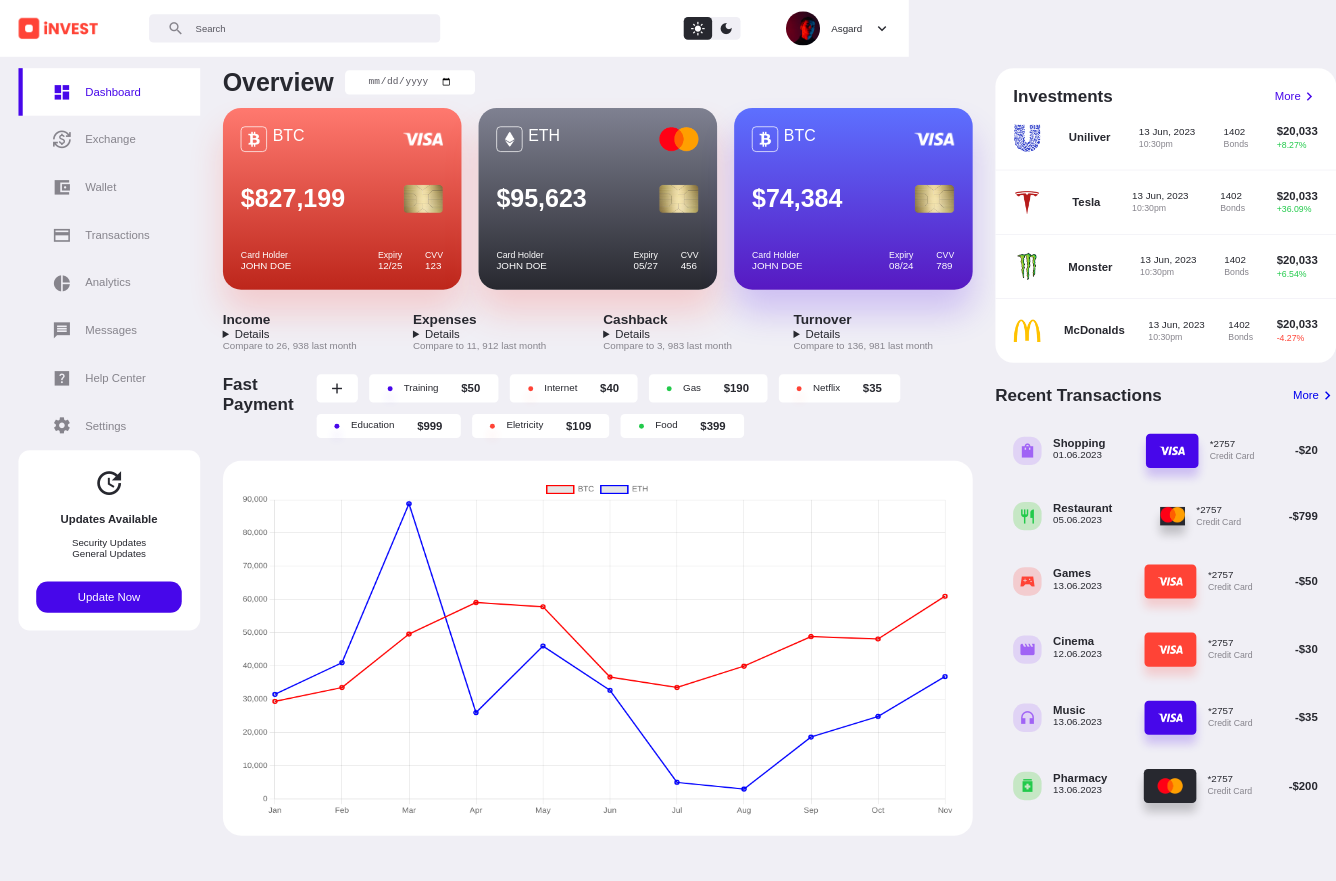
Repository: eziocdl/Admin_Dash
Page: index.html
The author's editor kept a copy of each file at every save. The page is drawn from the files as they stood at one save, then again after the next save.
The browser window is 1280 px wide. The page is 1882 px wide, so the pictures cover 1882 px, including what lies to the right of the window. The pictures show the whole page, at 71% of full size.
Some web libraries are served in a nearby version.

Above is the page before, as saved 2023-06-15 15:02:59.

After the next save:
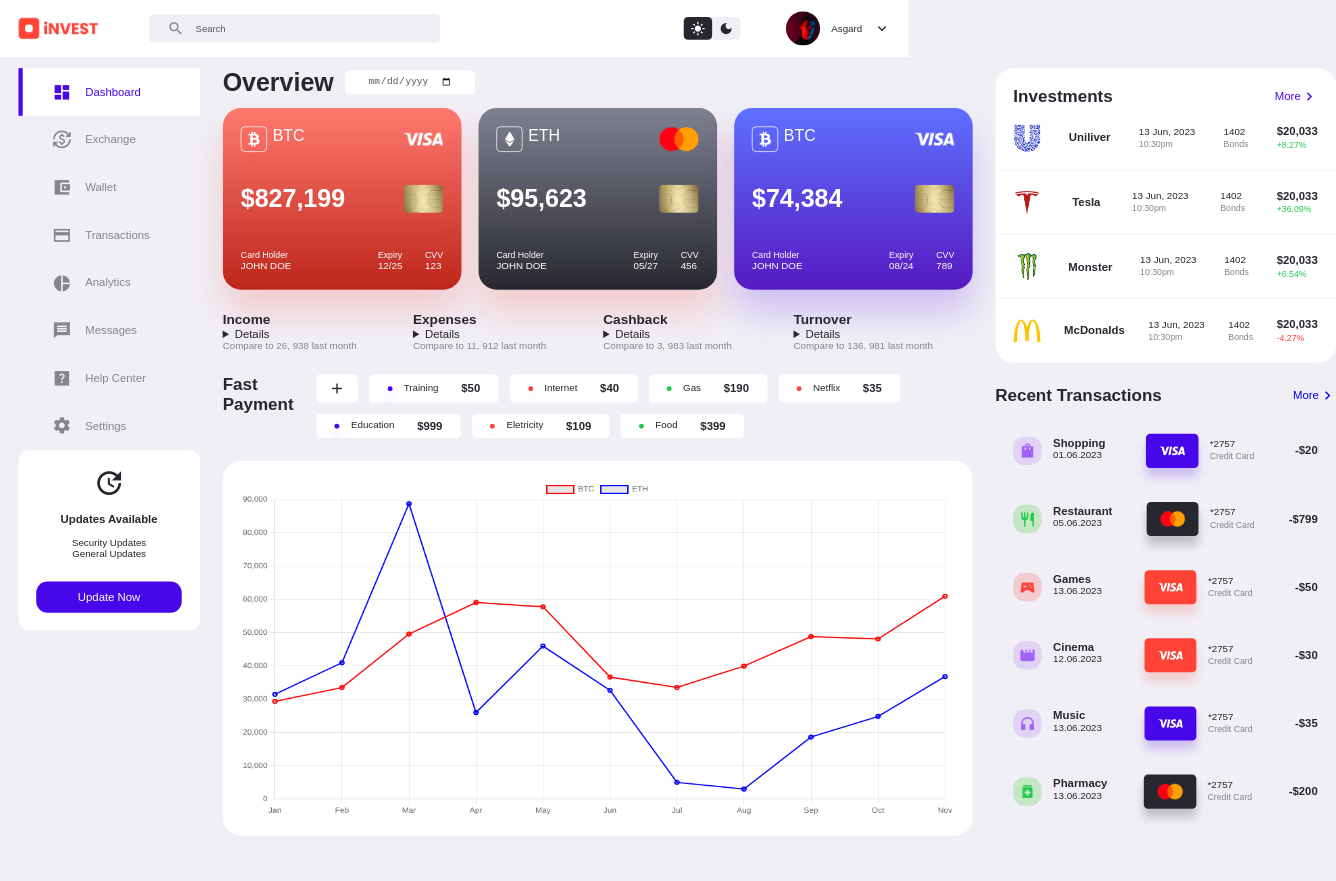
Saved 2 min 24 s later.
--- a/index.html
+++ b/index.html
@@ -458,7 +458,7 @@
                         </div>
                     </div>
                     <div class="card-details">
-                        <div class="icon bg-dark">
+                        <div class="card bg-dark">
                             <img src="./images/master card.png">
                         </div>
                         <div class="details">
